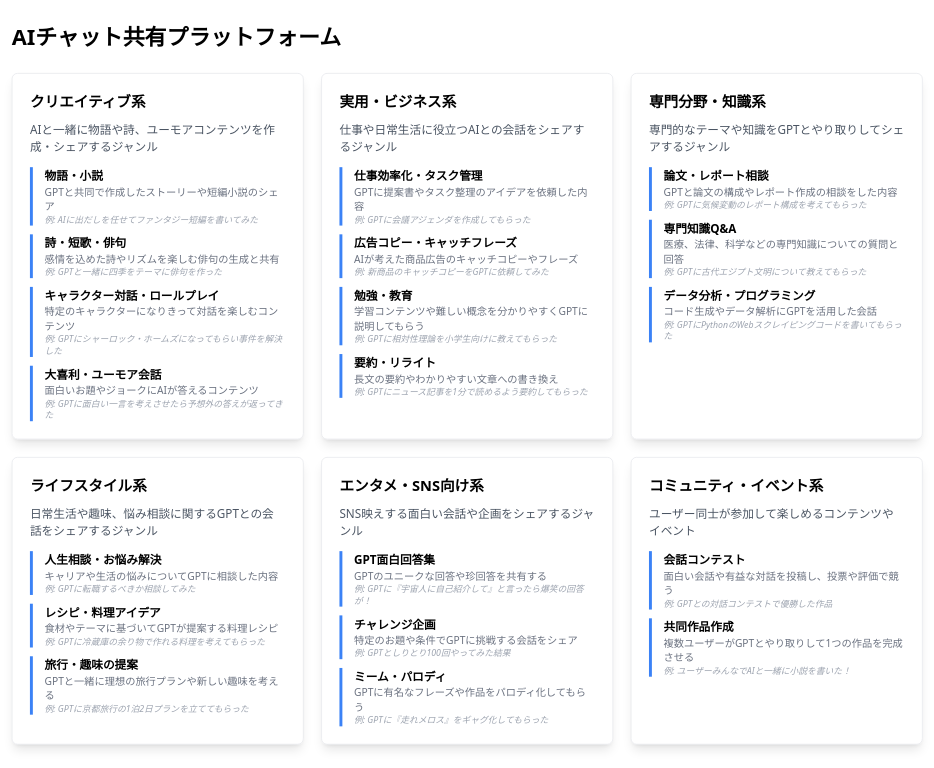
Repository: hayakawa1/ai-talk-gallery
Page: /
An editor plug-in stored every save of this project. The page is shown before and after the next save, followed by the edit.
The browser window is 1280 px wide. The pictures show the whole page, at 73% of full size.
The project was rebuilt for these pictures with package versions that can differ from the ones it lists, and the page was loaded fresh each time. The framework's server and built-in components were replaced by stand-ins that run in the browser. Also part of the build but not shown: next.config.js.

Above is the page before, as saved 2024-12-19 19:27:39.

### src/app/layout.tsx
import type { Metadata } from 'next'
import '@/styles/globals.css'

export const metadata: Metadata = {
  title: 'AI Talk Gallery',
  description: 'AIとの会話を共有するプラットフォーム',
}

export default function RootLayout({
  children,
}: {
  children: React.ReactNode
}) {
  return (
    <html lang="ja">
      <body className="min-h-screen bg-background">
        <main className="min-h-screen">
          {children}
        </main>
      </body>
    </html>
  )
}

### src/app/page.tsx
import { Genre, getGenres } from '../utils/genreUtils';

export default async function Home() {
  const genres = getGenres();

  return (
    <div className="container mx-auto px-4 py-8">
      <h1 className="text-3xl font-bold mb-8">AIチャット共有プラットフォーム</h1>

      <div className="grid grid-cols-1 md:grid-cols-2 lg:grid-cols-3 gap-6">
        {genres.map((genre) => (
          <div key={genre.name} className="border rounded-lg p-6 shadow-lg">
            <h2 className="text-xl font-bold mb-3">{genre.name}</h2>
            <p className="text-gray-600 mb-4">{genre.description}</p>

            <div className="space-y-3">
              {genre.subgenres.map((subgenre) => (
                <div key={subgenre.name} className="border-l-4 border-blue-500 pl-4">
                  <h3 className="font-semibold">{subgenre.name}</h3>
                  <p className="text-sm text-gray-500">{subgenre.description}</p>
                  <p className="text-xs text-gray-400 italic">例: {subgenre.example}</p>
                </div>
              ))}
            </div>
          </div>
        ))}
      </div>
    </div>
  );
}

### src/utils/genreUtils.ts
import { readFileSync } from 'fs';
import path from 'path';
import genresData from '../data/genres.json';

export interface Subgenre {
  name: string;
  description: string;
  example: string;
}

export interface Genre {
  name: string;
  description: string;
  subgenres: Subgenre[];
}

interface GenresData {
  genres: Genre[];
}

export const getGenres = (): Genre[] => {
  if (process.env.NODE_ENV === 'development') {
    return (genresData as GenresData).genres;
  }

  try {
    const filePath = path.join(process.cwd(), 'src', 'data', 'genres.json');
    const jsonData = readFileSync(filePath, 'utf8');
    const data = JSON.parse(jsonData) as GenresData;
    return data.genres;
  } catch (error) {
    console.error('Error reading genres file:', error);
    return [];
  }
};

### src/data/genres.json
{
    "genres": [
      {
        "name": "クリエイティブ系",
        "description": "AIと一緒に物語や詩、ユーモアコンテンツを作成・シェアするジャンル",
        "subgenres": [
          {
            "name": "物語・小説",
            "description": "GPTと共同で作成したストーリーや短編小説のシェア",
            "example": "AIに出だしを任せてファンタジー短編を書いてみた"
          },
          {
            "name": "詩・短歌・俳句",
            "description": "感情を込めた詩やリズムを楽しむ俳句の生成と共有",
            "example": "GPTと一緒に四季をテーマに俳句を作った"
          },
          {
            "name": "キャラクター対話・ロールプレイ",
            "description": "特定のキャラクターになりきって対話を楽しむコンテンツ",
            "example": "GPTにシャーロック・ホームズになってもらい事件を解決した"
          },
          {
            "name": "大喜利・ユーモア会話",
            "description": "面白いお題やジョークにAIが答えるコンテンツ",
            "example": "GPTに面白い一言を考えさせたら予想外の答えが返ってきた"
          }
        ]
      },
      {
        "name": "実用・ビジネス系",
        "description": "仕事や日常生活に役立つAIとの会話をシェアするジャンル",
        "subgenres": [
          {
            "name": "仕事効率化・タスク管理",
            "description": "GPTに提案書やタスク整理のアイデアを依頼した内容",
            "example": "GPTに会議アジェンダを作成してもらった"
          },
          {
            "name": "広告コピー・キャッチフレーズ",
            "description": "AIが考えた商品広告のキャッチコピーやフレーズ",
            "example": "新商品のキャッチコピーをGPTに依頼してみた"
          },
          {
            "name": "勉強・教育",
            "description": "学習コンテンツや難しい概念を分かりやすくGPTに説明してもらう",
            "example": "GPTに相対性理論を小学生向けに教えてもらった"
          },
          {
            "name": "要約・リライト",
            "description": "長文の要約やわかりやすい文章への書き換え",
            "example": "GPTにニュース記事を1分で読めるよう要約してもらった"
          }
        ]
      },
      {
        "name": "専門分野・知識系",
        "description": "専門的なテーマや知識をGPTとやり取りしてシェアするジャンル",
        "subgenres": [
          {
            "name": "論文・レポート相談",
            "description": "GPTと論文の構成やレポート作成の相談をした内容",
            "example": "GPTに気候変動のレポート構成を考えてもらった"
          },
          {
            "name": "専門知識Q&A",
            "description": "医療、法律、科学などの専門知識についての質問と回答",
            "example": "GPTに古代エジプト文明について教えてもらった"
          },
          {
            "name": "データ分析・プログラミング",
            "description": "コード生成やデータ解析にGPTを活用した会話",
            "example": "GPTにPythonのWebスクレイピングコードを書いてもらった"
          }
        ]
      },
      {
        "name": "ライフスタイル系",
        "description": "日常生活や趣味、悩み相談に関するGPTとの会話をシェアするジャンル",
        "subgenres": [
          {
            "name": "人生相談・お悩み解決",
            "description": "キャリアや生活の悩みについてGPTに相談した内容",
            "example": "GPTに転職するべきか相談してみた"
          },
          {
            "name": "レシピ・料理アイデア",
            "description": "食材やテーマに基づいてGPTが提案する料理レシピ",
            "example": "GPTに冷蔵庫の余り物で作れる料理を考えてもらった"
          },
          {
            "name": "旅行・趣味の提案",
            "description": "GPTと一緒に理想の旅行プランや新しい趣味を考える",
            "example": "GPTに京都旅行の1泊2日プランを立ててもらった"
          }
        ]
      },
      {
        "name": "エンタメ・SNS向け系",
        "description": "SNS映えする面白い会話や企画をシェアするジャンル",
        "subgenres": [
          {
            "name": "GPT面白回答集",
            "description": "GPTのユニークな回答や珍回答を共有する",
            "example": "GPTに『宇宙人に自己紹介して』と言ったら爆笑の回答が！"
          },
          {
            "name": "チャレンジ企画",
            "description": "特定のお題や条件でGPTに挑戦する会話をシェア",
            "example": "GPTとしりとり100回やってみた結果"
          },
          {
            "name": "ミーム・パロディ",
            "description": "GPTに有名なフレーズや作品をパロディ化してもらう",
            "example": "GPTに『走れメロス』をギャグ化してもらった"
          }
        ]
      },
      {
        "name": "コミュニティ・イベント系",
        "description": "ユーザー同士が参加して楽しめるコンテンツやイベント",
        "subgenres": [
          {
            "name": "会話コンテスト",
            "description": "面白い会話や有益な対話を投稿し、投票や評価で競う",
            "example": "GPTとの対話コンテストで優勝した作品"
          },
          {
            "name": "共同作品作成",
            "description": "複数ユーザーがGPTとやり取りして1つの作品を完成させる",
            "example": "ユーザーみんなでAIと一緒に小説を書いた！"
          }
        ]
      }
    ]
  }

### tailwind.config.js
/** @type {import('tailwindcss').Config} */
module.exports = {
  content: [
    './src/pages/**/*.{js,ts,jsx,tsx,mdx}',
    './src/components/**/*.{js,ts,jsx,tsx,mdx}',
    './src/app/**/*.{js,ts,jsx,tsx,mdx}',
  ],
  theme: {
    extend: {
      // 必要に応じてテーマの拡張
    },
  },
  plugins: [],
}

Loaded but not shown: src/styles/globals.css (common file)

After the next save:
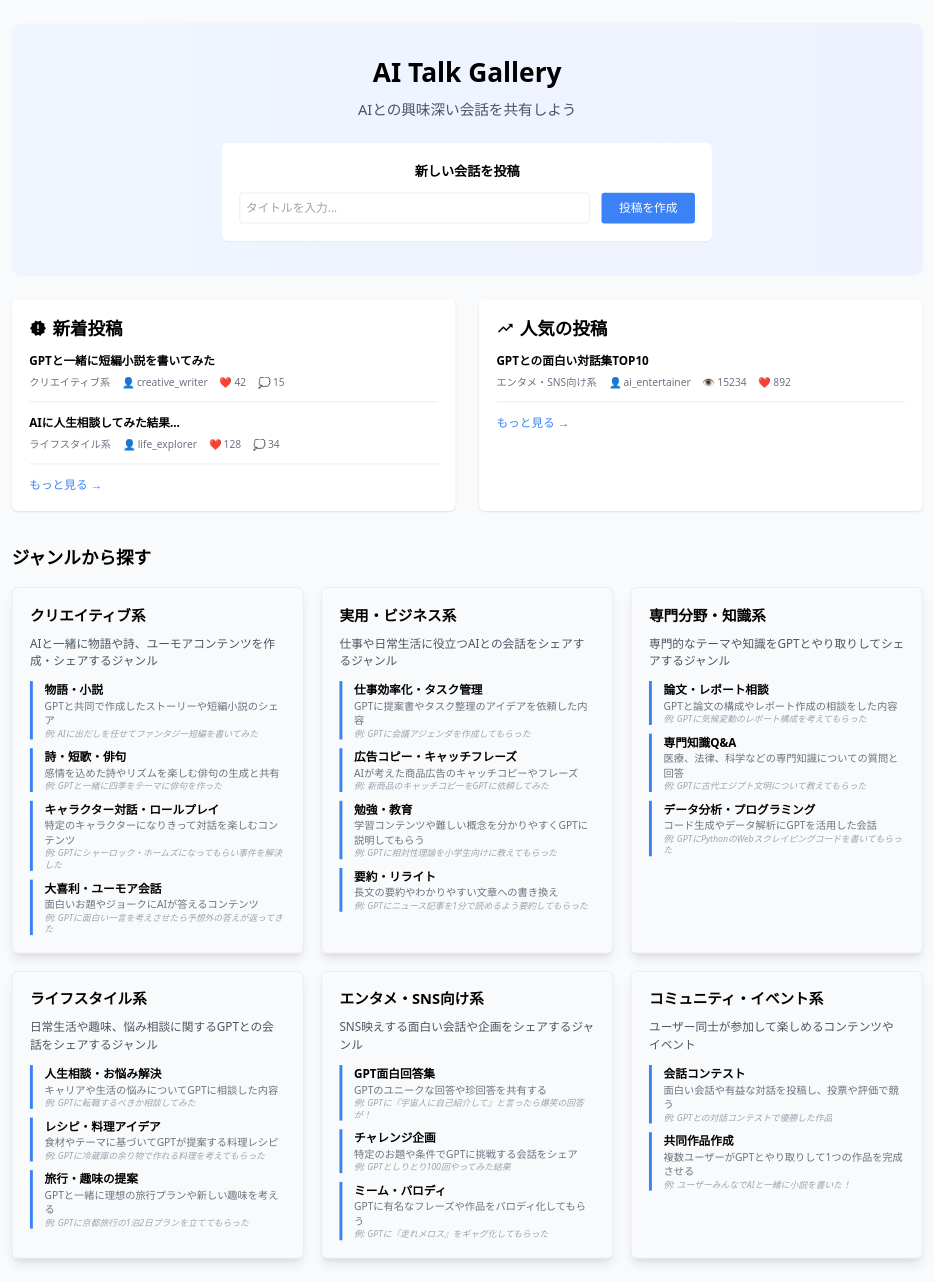
Saved 116 s later.
--- a/src/app/layout.tsx
+++ b/src/app/layout.tsx
@@ -13,7 +13,10 @@
 }) {
   return (
     <html lang="ja">
-      <body className="min-h-screen bg-background">
+      <head>
+        <link href="https://fonts.googleapis.com/icon?family=Material+Icons" rel="stylesheet" />
+      </head>
+      <body className="min-h-screen bg-gray-50">
         <main className="min-h-screen">
           {children}
         </main>
--- a/src/app/page.tsx
+++ b/src/app/page.tsx
@@ -1,22 +1,141 @@
 import { Genre, getGenres } from '../utils/genreUtils';
+import Link from 'next/link';
+
+// モック投稿データ
+const RECENT_POSTS = [
+  {
+    id: 1,
+    title: "GPTと一緒に短編小説を書いてみた",
+    author: "creative_writer",
+    category: "クリエイティブ系",
+    subCategory: "物語・小説",
+    createdAt: "2024-03-20",
+    likes: 42,
+    comments: 15
+  },
+  {
+    id: 2,
+    title: "AIに人生相談してみた結果...",
+    author: "life_explorer",
+    category: "ライフスタイル系",
+    subCategory: "人生相談・お悩み解決",
+    createdAt: "2024-03-19",
+    likes: 128,
+    comments: 34
+  },
+  // ... 他の新着投稿
+];
+
+const POPULAR_POSTS = [
+  {
+    id: 3,
+    title: "GPTとの面白い対話集TOP10",
+    author: "ai_entertainer",
+    category: "エンタメ・SNS向け系",
+    views: 15234,
+    likes: 892,
+    comments: 156
+  },
+  // ... 他の人気投稿
+];
 
 export default async function Home() {
   const genres = getGenres();
 
   return (
     <div className="container mx-auto px-4 py-8">
-      <h1 className="text-3xl font-bold mb-8">AIチャット共有プラットフォーム</h1>
+      {/* ヒーローセクション */}
+      <div className="text-center py-12 bg-gradient-to-r from-blue-50 to-indigo-50 rounded-xl mb-8">
+        <h1 className="text-4xl font-bold mb-4">AI Talk Gallery</h1>
+        <p className="text-xl text-gray-600 mb-8">
+          AIとの興味深い会話を共有しよう
+        </p>
 
+        {/* クイック投稿モジュール */}
+        <div className="max-w-2xl mx-auto bg-white p-6 rounded-lg shadow-sm">
+          <h3 className="text-lg font-semibold mb-4">新しい会話を投稿</h3>
+          <div className="flex gap-4">
+            <input
+              type="text"
+              placeholder="タイトルを入力..."
+              className="flex-1 p-2 border rounded"
+            />
+            <button className="bg-blue-500 text-white px-6 py-2 rounded hover:bg-blue-600 transition">
+              投稿を作成
+            </button>
+          </div>
+        </div>
+      </div>
+
+      {/* 新着・人気投稿セクション */}
+      <div className="grid md:grid-cols-2 gap-8 mb-12">
+        {/* 新着投稿 */}
+        <div className="bg-white p-6 rounded-lg shadow">
+          <h2 className="text-2xl font-bold mb-4 flex items-center">
+            <span className="material-icons mr-2">new_releases</span>
+            新着投稿
+          </h2>
+          <div className="space-y-4">
+            {RECENT_POSTS.map(post => (
+              <div key={post.id} className="border-b pb-4">
+                <h3 className="font-semibold hover:text-blue-500 cursor-pointer">
+                  {post.title}
+                </h3>
+                <div className="text-sm text-gray-500 flex gap-4 mt-2">
+                  <span>{post.category}</span>
+                  <span>👤 {post.author}</span>
+                  <span>❤️ {post.likes}</span>
+                  <span>💭 {post.comments}</span>
+                </div>
+              </div>
+            ))}
+          </div>
+          <Link href="/posts/recent" className="text-blue-500 hover:underline block mt-4">
+            もっと見る →
+          </Link>
+        </div>
+
+        {/* 人気投稿 */}
+        <div className="bg-white p-6 rounded-lg shadow">
+          <h2 className="text-2xl font-bold mb-4 flex items-center">
+            <span className="material-icons mr-2">trending_up</span>
+            人気の投稿
+          </h2>
+          <div className="space-y-4">
+            {POPULAR_POSTS.map(post => (
+              <div key={post.id} className="border-b pb-4">
+                <h3 className="font-semibold hover:text-blue-500 cursor-pointer">
+                  {post.title}
+                </h3>
+                <div className="text-sm text-gray-500 flex gap-4 mt-2">
+                  <span>{post.category}</span>
+                  <span>👤 {post.author}</span>
+                  <span>👁️ {post.views}</span>
+                  <span>❤️ {post.likes}</span>
+                </div>
+              </div>
+            ))}
+          </div>
+          <Link href="/posts/popular" className="text-blue-500 hover:underline block mt-4">
+            もっと見る →
+          </Link>
+        </div>
+      </div>
+
+      {/* ジャンル一覧 */}
+      <h2 className="text-2xl font-bold mb-6">ジャンルから探す</h2>
       <div className="grid grid-cols-1 md:grid-cols-2 lg:grid-cols-3 gap-6">
         {genres.map((genre) => (
-          <div key={genre.name} className="border rounded-lg p-6 shadow-lg">
+          <div key={genre.name} className="border rounded-lg p-6 shadow-lg hover:shadow-xl transition">
             <h2 className="text-xl font-bold mb-3">{genre.name}</h2>
             <p className="text-gray-600 mb-4">{genre.description}</p>
 
             <div className="space-y-3">
               {genre.subgenres.map((subgenre) => (
                 <div key={subgenre.name} className="border-l-4 border-blue-500 pl-4">
-                  <h3 className="font-semibold">{subgenre.name}</h3>
+                  <h3 className="font-semibold hover:text-blue-500 cursor-pointer">
+                    {subgenre.name}
+                  </h3>
                   <p className="text-sm text-gray-500">{subgenre.description}</p>
                   <p className="text-xs text-gray-400 italic">例: {subgenre.example}</p>
                 </div>
